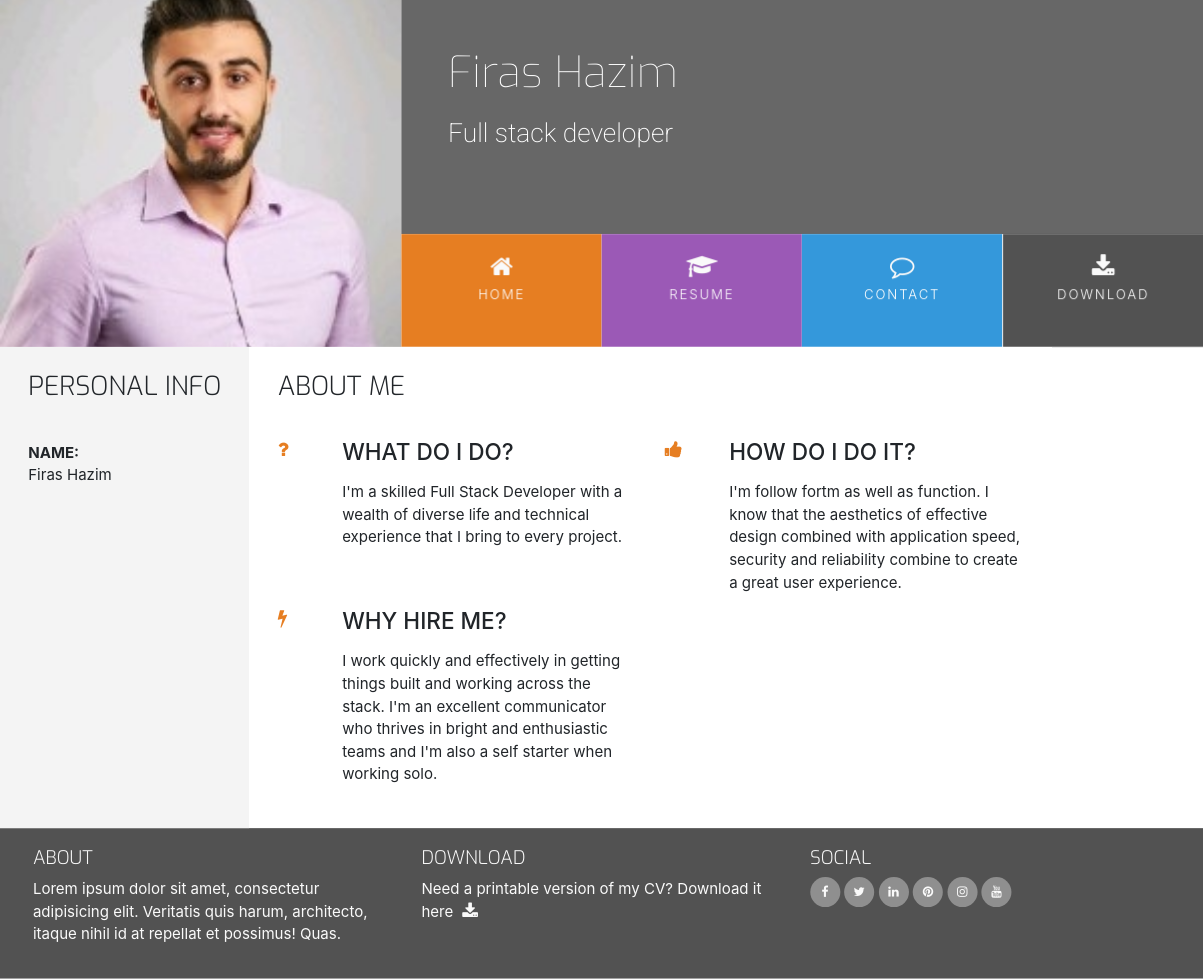
Repository: FirasH94/ResumeProject
Page: index.html
The author's editor kept a record of every edit. The page is drawn from the files as they stood at one moment, then again after the next edit.
The browser window is 1280 px wide. The pictures show the whole page, at 94% of full size.

Above is the page before.

After the next edit:
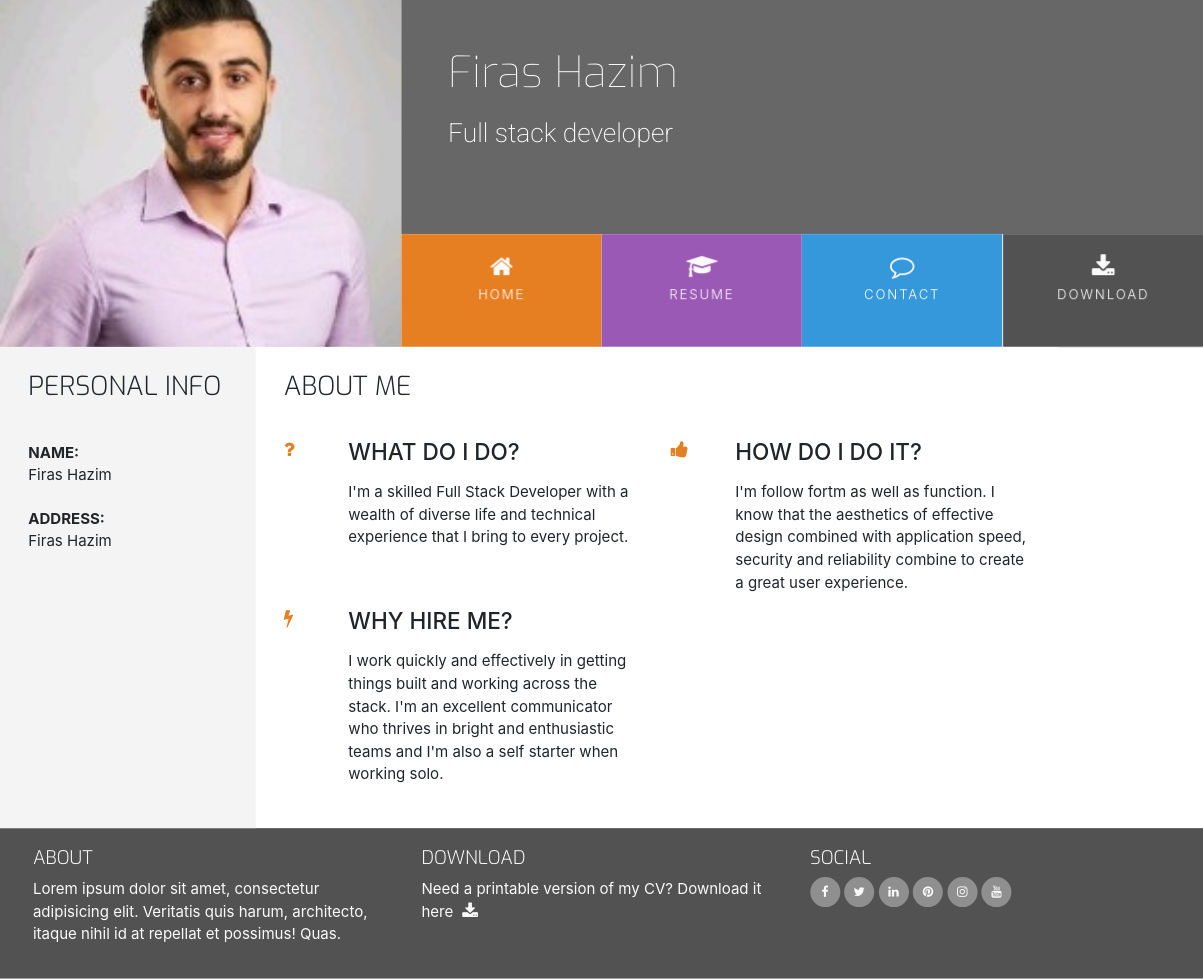
The edit:
--- a/index.html
+++ b/index.html
@@ -66,6 +66,18 @@
                         </p>
                     </div>
                 </div>
+                 <div class="personal-info-item">
+                    <div class="key">
+                        <p class="uppercase">
+                            Address:
+                        </p>
+                    </div>
+                    <div class="value">
+                        <p>
+                            Firas Hazim
+                        </p>
+                    </div>
+                </div>
             </div>
             <div class="col-md-8 bg-color-three-reasons section-column">
                 <div class="row">
